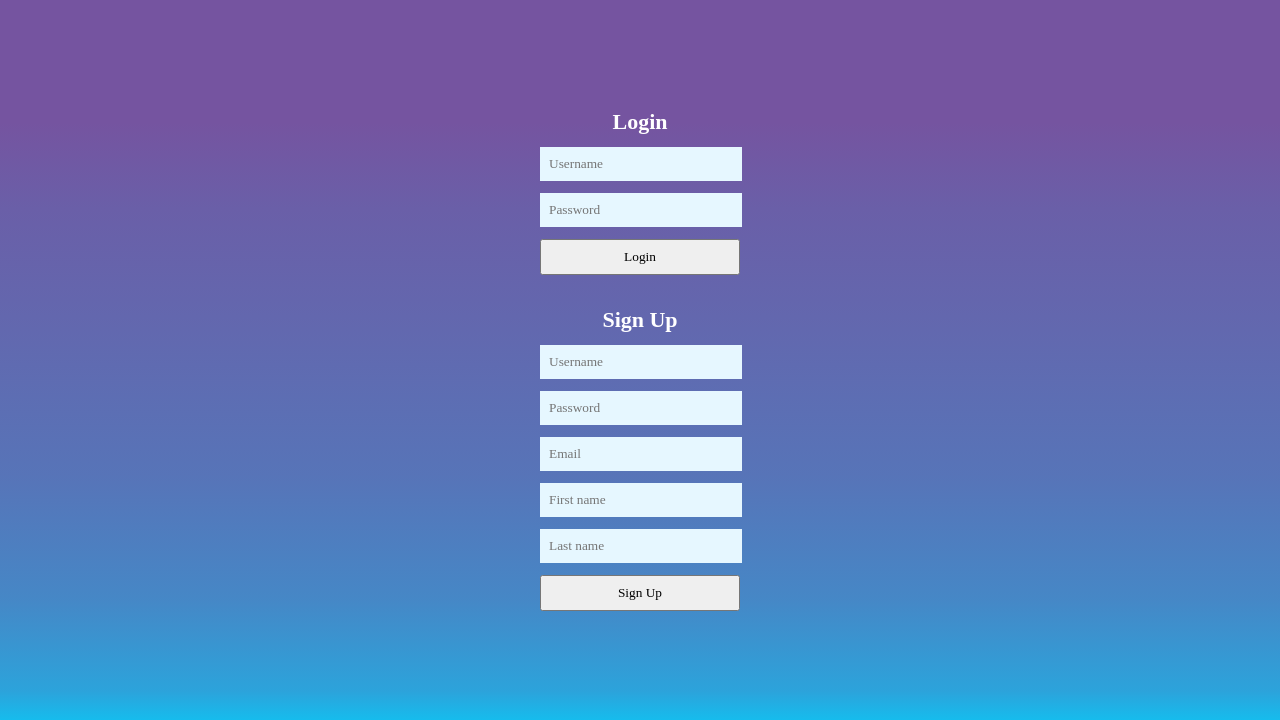
Repository: elqueben/message
Page: / (app in message-app/)
An editor plug-in stored every save of this project. The page is shown before and after the next save, followed by the edit.
The browser window is 1280 px wide. The pictures show the whole page.
The project was rebuilt for these pictures with package versions that can differ from the ones it lists, and the page was loaded fresh each time. Also part of the build but not shown: message-app/vite.config.js.

Above is the page before, as saved 2023-05-06 14:21:10.

After the next save:
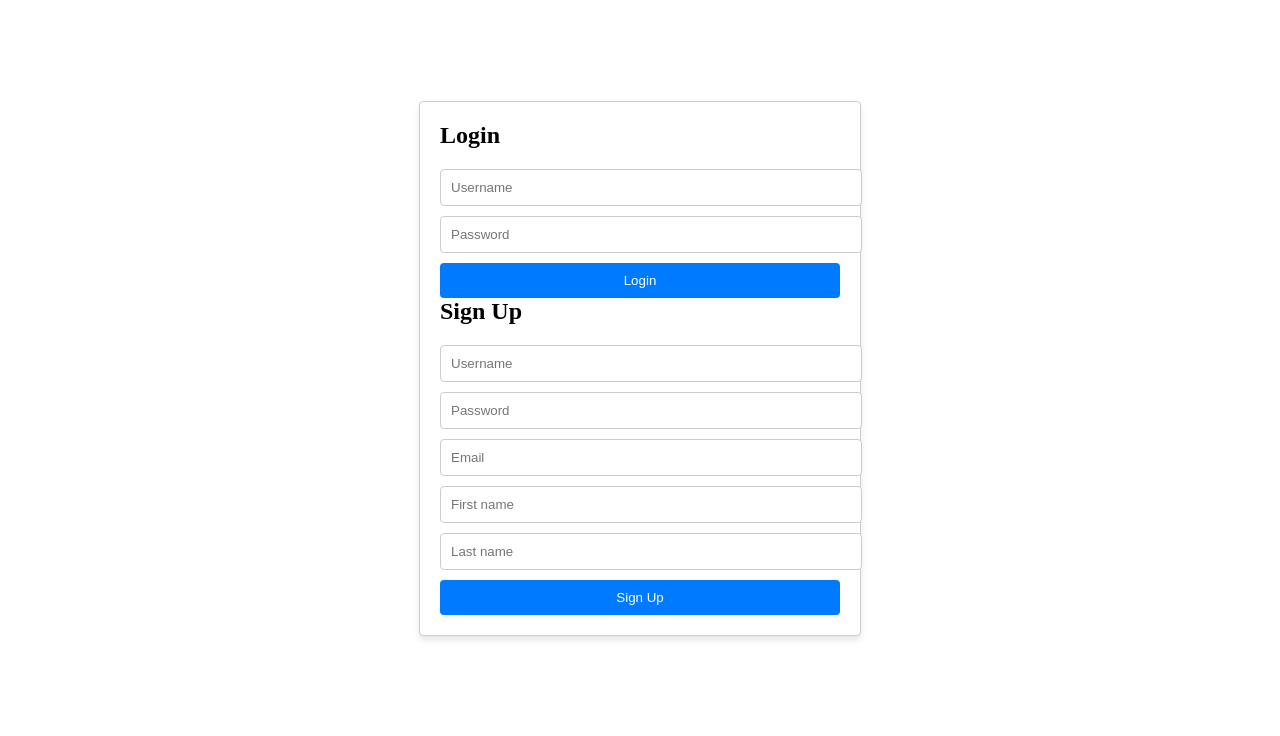
Saved 2 days later.
--- a/message-app/src/style.css
+++ b/message-app/src/style.css
@@ -1,48 +1,44 @@
-* {
-  font-family: Avenir;
+/* Add the Bootstrap classes to the login page elements */
+.login-page {
+  display: flex;
+  justify-content: center;
+  align-items: center;
+  height: 100vh;
 }
-body {
-  margin: 0px;
+
+.card {
+  width: 400px;
+  padding: 20px;
+  border: 1px solid #ccc;
+  border-radius: 4px;
+  background-color: #fff;
+  box-shadow: 0 4px 6px rgba(0, 0, 0, 0.1);
 }
-.login-page {
-  width: 100vw;
-  height: 100vh;
-  background: linear-gradient(
-    180deg,
-    rgba(117, 84, 160, 1) 7%,
-    rgba(117, 84, 160, 1) 17%,
-    rgba(106, 95, 168, 1) 29%,
-    rgba(99, 103, 174, 1) 44%,
-    rgba(87, 116, 184, 1) 66%,
-    rgba(70, 135, 198, 1) 83%,
-    rgba(44, 163, 219, 1) 96%,
-    rgba(22, 188, 237, 1) 100%,
-    rgba(0, 212, 255, 1) 100%
-  );
+
+.title {
+  font-size: 24px;
+  font-weight: bold;
+  margin-bottom: 20px;
 }
-.card {
-  width: 200px;
-  position: relative;
-  left: calc(50vw - 100px);
-  text-align: center;
-  padding-top: 6vw;
+
+input {
+  width: 100%;
+  padding: 10px;
+  margin-bottom: 10px;
+  border: 1px solid #ccc;
+  border-radius: 4px;
 }
-.title {
-  padding-top: 32px;
-  font-size: 22px;
-  color: white;
-  font-weight: 700;
+
+button {
+  width: 100%;
+  padding: 10px;
+  background-color: #007bff;
+  color: #fff;
+  border: none;
+  border-radius: 4px;
+  cursor: pointer;
 }
-input {
-  width: calc(100% - 16px);
-  margin-top: 12px;
-  padding: 8px;
-  background-color: #e6f7ff;
-  outline: none;
-  border: 1px solid #e6f7ff;
+
+button:hover {
+  background-color: #0056b3;
 }
-button {
-  margin-top: 12px;
-  width: 100%;
-  padding: 8px;
-}

After the save that followed:
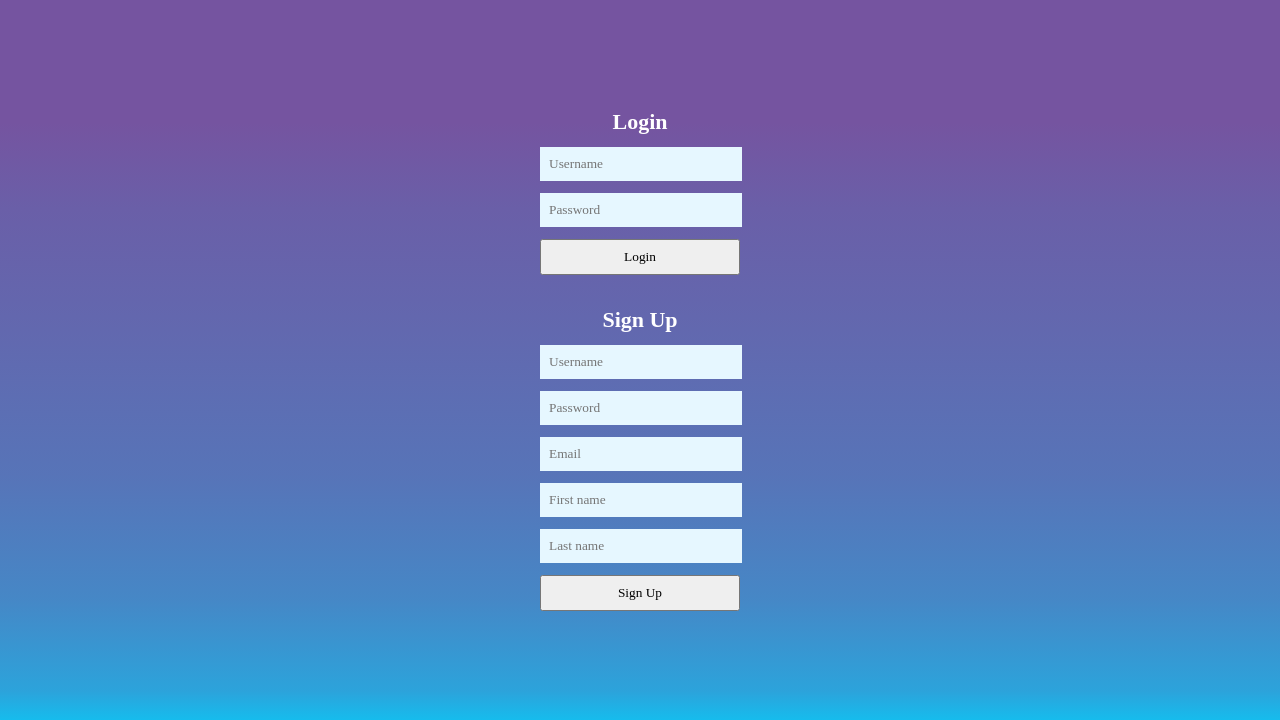
Saved 8 s later.
--- a/message-app/src/style.css
+++ b/message-app/src/style.css
@@ -1,44 +1,48 @@
-/* Add the Bootstrap classes to the login page elements */
+* {
+  font-family: Avenir;
+}
+body {
+  margin: 0px;
+}
 .login-page {
-  display: flex;
-  justify-content: center;
-  align-items: center;
+  width: 100vw;
   height: 100vh;
+  background: linear-gradient(
+    180deg,
+    rgba(117, 84, 160, 1) 7%,
+    rgba(117, 84, 160, 1) 17%,
+    rgba(106, 95, 168, 1) 29%,
+    rgba(99, 103, 174, 1) 44%,
+    rgba(87, 116, 184, 1) 66%,
+    rgba(70, 135, 198, 1) 83%,
+    rgba(44, 163, 219, 1) 96%,
+    rgba(22, 188, 237, 1) 100%,
+    rgba(0, 212, 255, 1) 100%
+  );
 }
-
 .card {
-  width: 400px;
-  padding: 20px;
-  border: 1px solid #ccc;
-  border-radius: 4px;
-  background-color: #fff;
-  box-shadow: 0 4px 6px rgba(0, 0, 0, 0.1);
+  width: 200px;
+  position: relative;
+  left: calc(50vw - 100px);
+  text-align: center;
+  padding-top: 6vw;
 }
-
 .title {
-  font-size: 24px;
-  font-weight: bold;
-  margin-bottom: 20px;
+  padding-top: 32px;
+  font-size: 22px;
+  color: white;
+  font-weight: 700;
 }
-
 input {
+  width: calc(100% - 16px);
+  margin-top: 12px;
+  padding: 8px;
+  background-color: #e6f7ff;
+  outline: none;
+  border: 1px solid #e6f7ff;
+}
+button {
+  margin-top: 12px;
   width: 100%;
-  padding: 10px;
-  margin-bottom: 10px;
-  border: 1px solid #ccc;
-  border-radius: 4px;
+  padding: 8px;
 }
-
-button {
-  width: 100%;
-  padding: 10px;
-  background-color: #007bff;
-  color: #fff;
-  border: none;
-  border-radius: 4px;
-  cursor: pointer;
-}
-
-button:hover {
-  background-color: #0056b3;
-}
